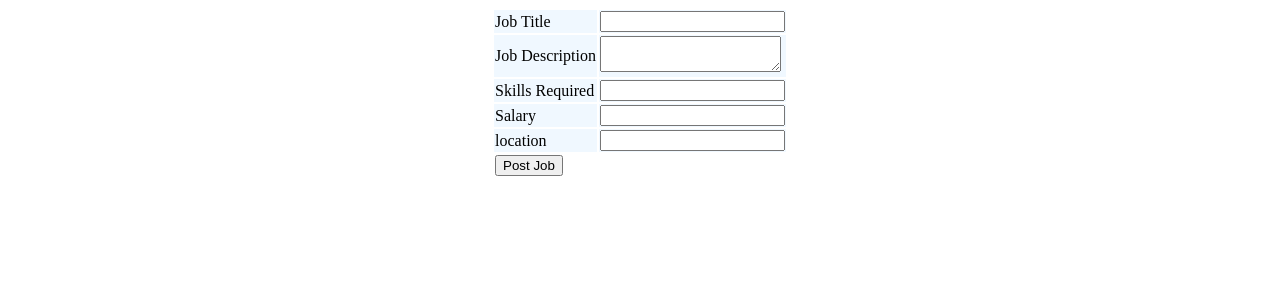
Repository: 123poornima/UpdatedSecondProject
Page: frontendPro/WebContent/_job/createJob.html
An editor plug-in stored every save of this project. The page is shown before and after the next save, followed by the edit.
The browser window is 1280 px wide. The pictures show the whole page.

Above is the page before, as saved 2017-01-11 03:41:31.

### frontendPro/WebContent/_job/createJob.html
<!DOCTYPE html>
<html>
<head>
<meta charset="ISO-8859-1">
<title>Insert title here</title>
</head>
<body>
<form>
<table class="table" align="center">
<tr bgcolor=#F0F8FF>
<td>Job Title</td>
<td><input type="text" ng-model="job.jobTitle"></td>
</tr>


<tr bgcolor=#F0F8FF>
<td>Job Description</td>
<td><textarea ng-model="job.jobDescription"></textarea></td>
</tr>

<tr bgcolor=#F0F8FF>
<td>Skills Required</td>
<td><input type="text" ng-model="job.skillsRequired"></td>
</tr>

<tr bgcolor=#F0F8FF>
<td>Salary</td>
<td><input type="text" ng-model="job.salary"></td>
</tr>

<tr bgcolor=#F0F8FF>
<td>location</td>
<td><input type="text" ng-model="job.location"></td>
</tr>

<tr><td>
<input align="right" class="btn btn-warning" type="submit" value="Post Job" ng-click="saveJob()">
</td>
</tr>
</table>

</form>
</body>
</html>

After the next save:
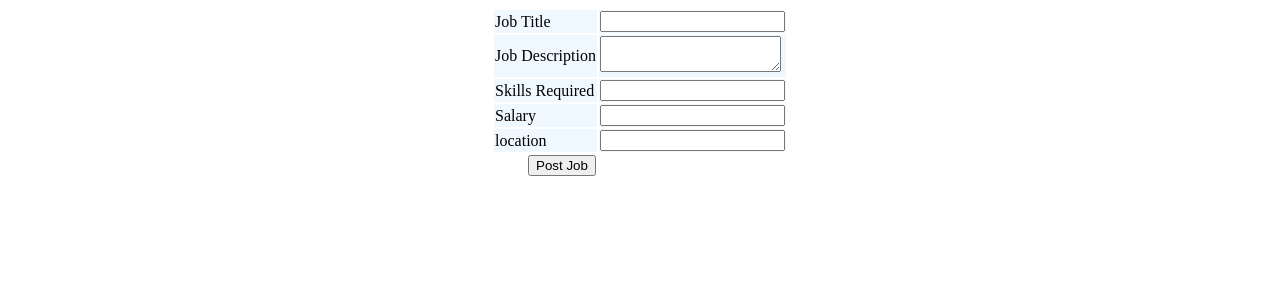
Saved 63 s later.
--- a/frontendPro/WebContent/_job/createJob.html
+++ b/frontendPro/WebContent/_job/createJob.html
@@ -33,7 +33,8 @@
 <td><input type="text" ng-model="job.location"></td>
 </tr>
 
-<tr><td>
+<tr align="right">
+<td>
 <input align="right" class="btn btn-warning" type="submit" value="Post Job" ng-click="saveJob()">
 </td>
 </tr>
